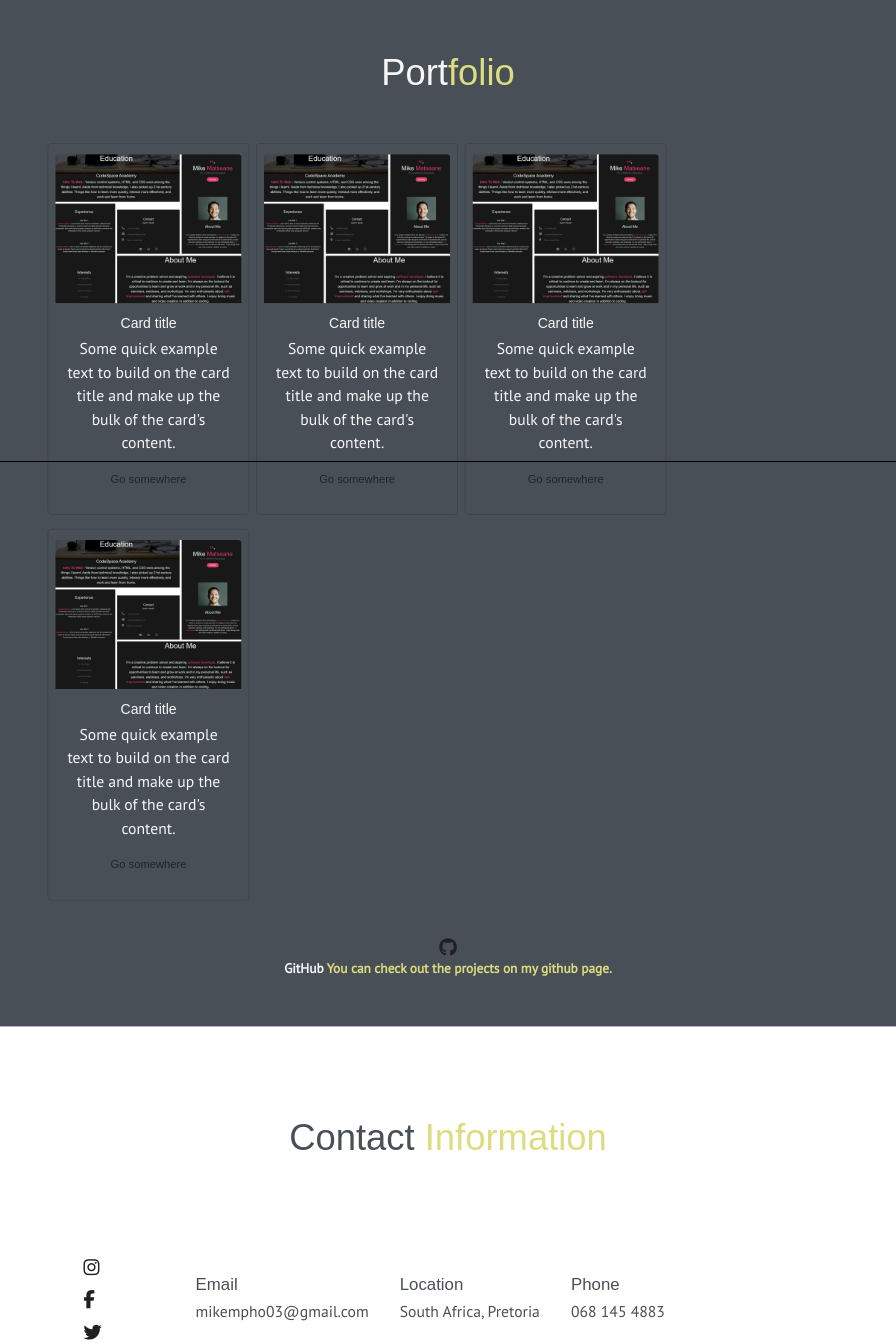
Repository: mikempho/resume10-Final
Page: resume10.html
These files come from the project's save history. The page is drawn as it stood at one moment and after the next save; the edit follows.
The browser window is 1280 px wide. The pictures show the part of the page from y = 2245 to 4165 px (the page is 4379 px tall), at 70% of full size.
Some web fonts or font styles are not loaded; a fallback is used. Some web libraries are served in a nearby version.

Above is the page before, as saved 2022-05-19 18:17:24.

After the next save:
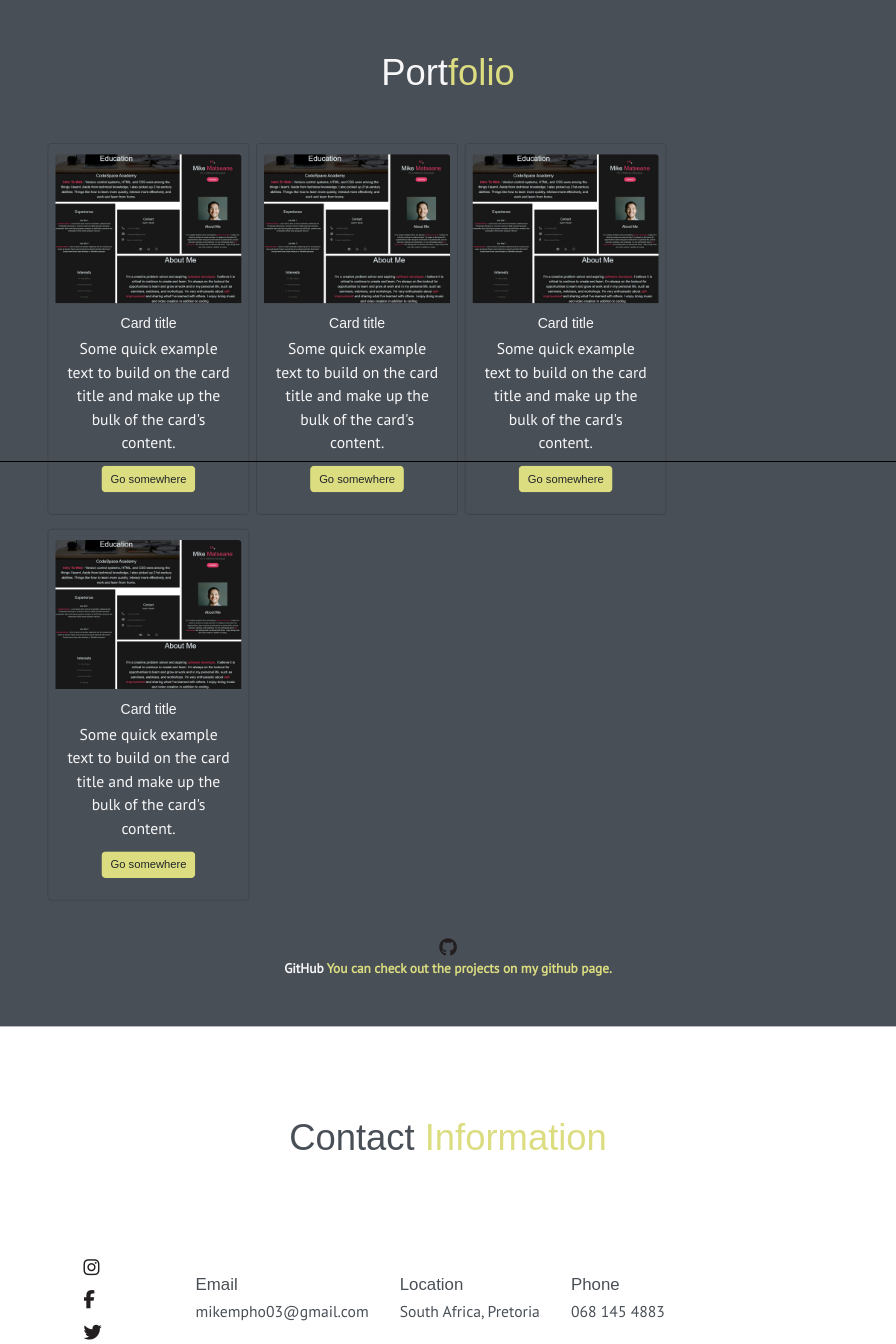
Saved 21 s later.
--- a/css/style.css
+++ b/css/style.css
@@ -103,6 +103,10 @@ a i:hover {
 .project-box h1 {
     text-transform: uppercase;
     font-size: 20px;
+}
+
+.btn-github {
+    background-color: #DBDD80;
 }
 
 .project-container, .education-box{
